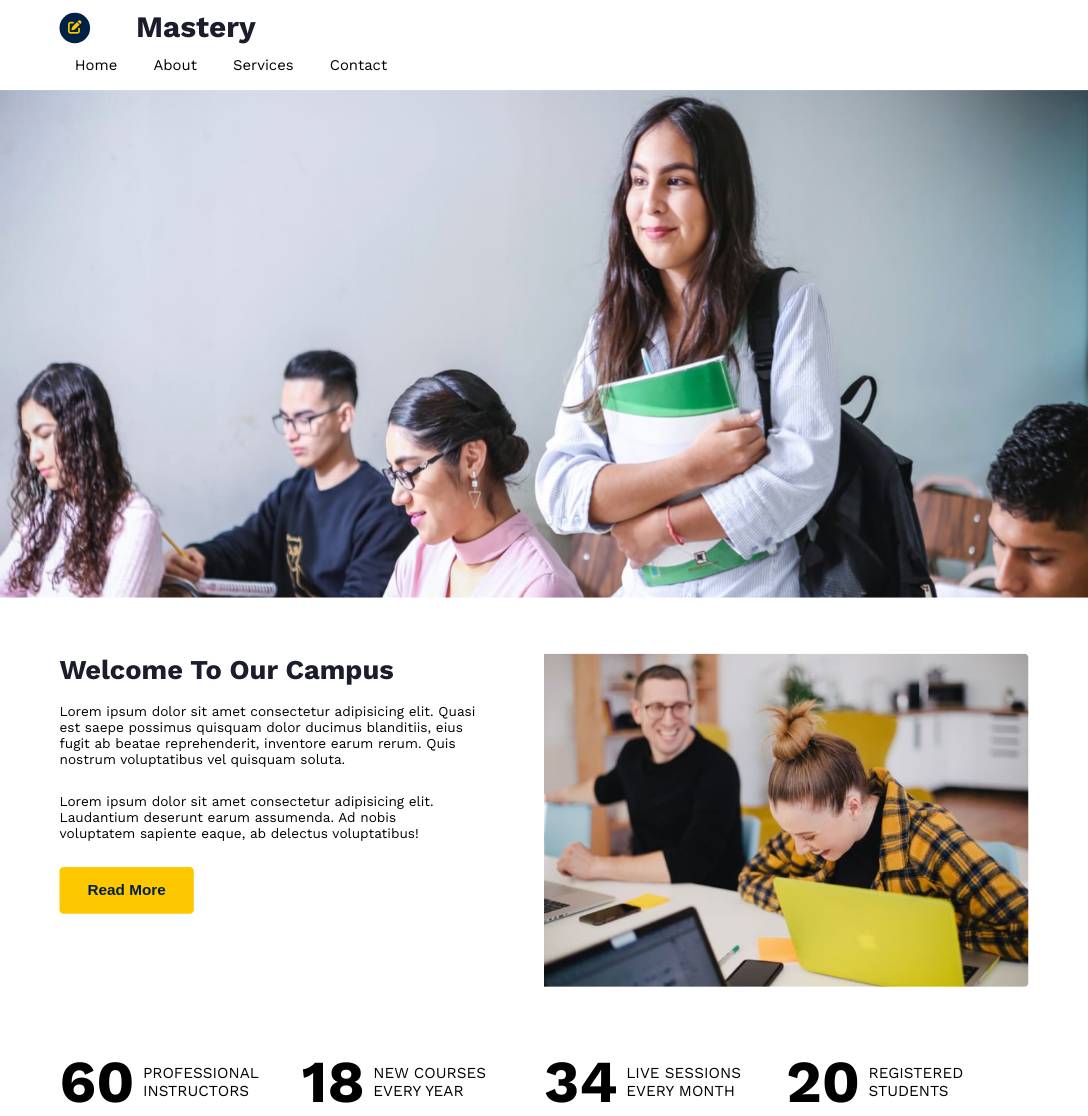
Repository: giahuy405/BC38__Mastery__Pham_Gia_Huy
Page: index.html
The author's editor kept a copy of each file at every save. The page is drawn from the files as they stood at one save, then again after the next save.
The browser window is 1280 px wide. The pictures show the whole page, at 85% of full size.

Above is the page before, as saved 2022-09-09 17:11:39.

After the next save:
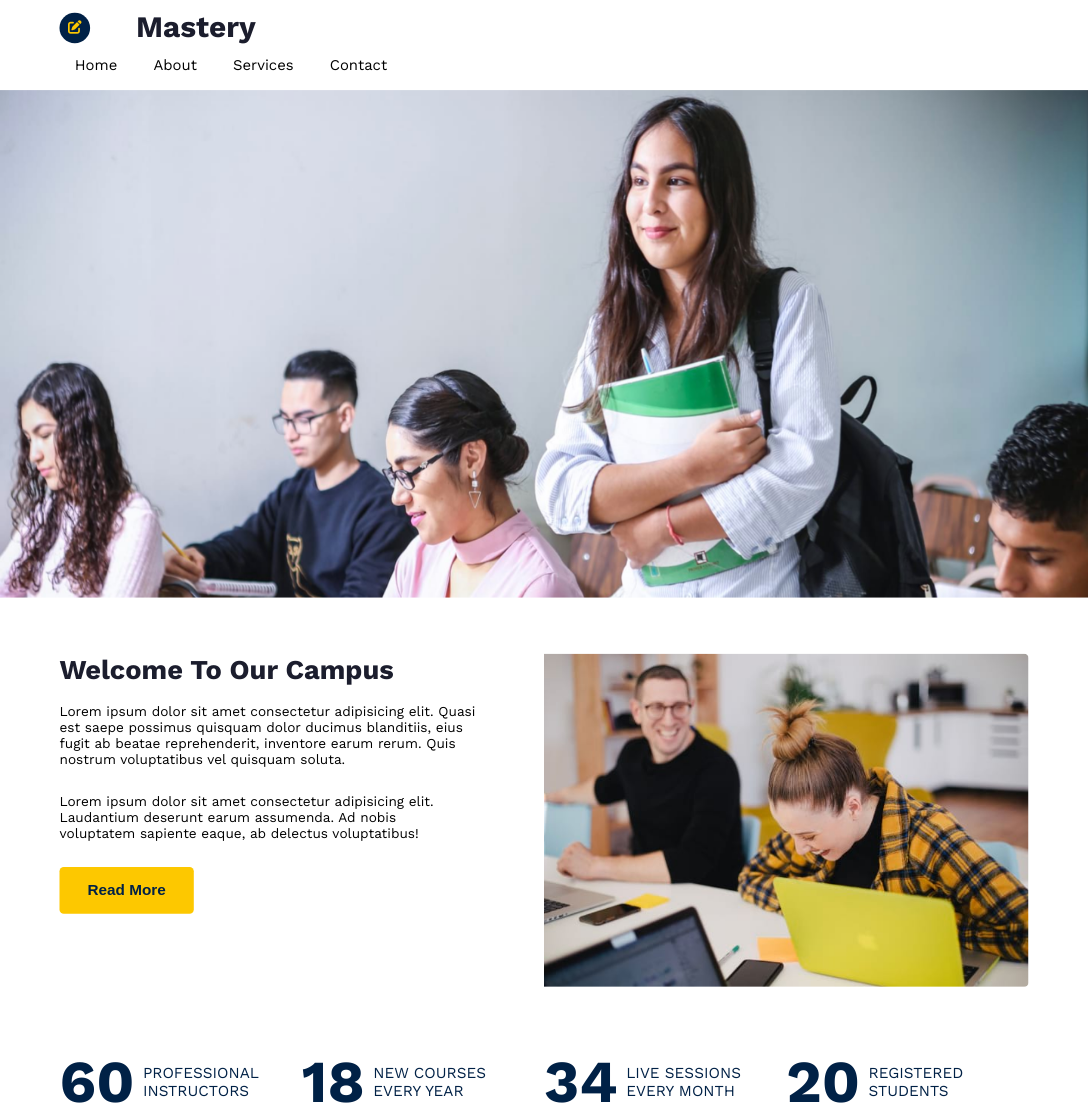
Saved 18 s later.
--- a/index.css
+++ b/index.css
@@ -227,6 +227,7 @@ height: 597px;
 .information__content h1{
     display: inline-block;
     font-size: 70px;
+    color: #002146;
 }
 .information__title,.information__desc{
     float: left;
@@ -237,4 +238,5 @@ height: 597px;
 .information__desc p{
     margin-left: 10px;
     font-size: 18px;
-}
+    color: #002146;
+}
